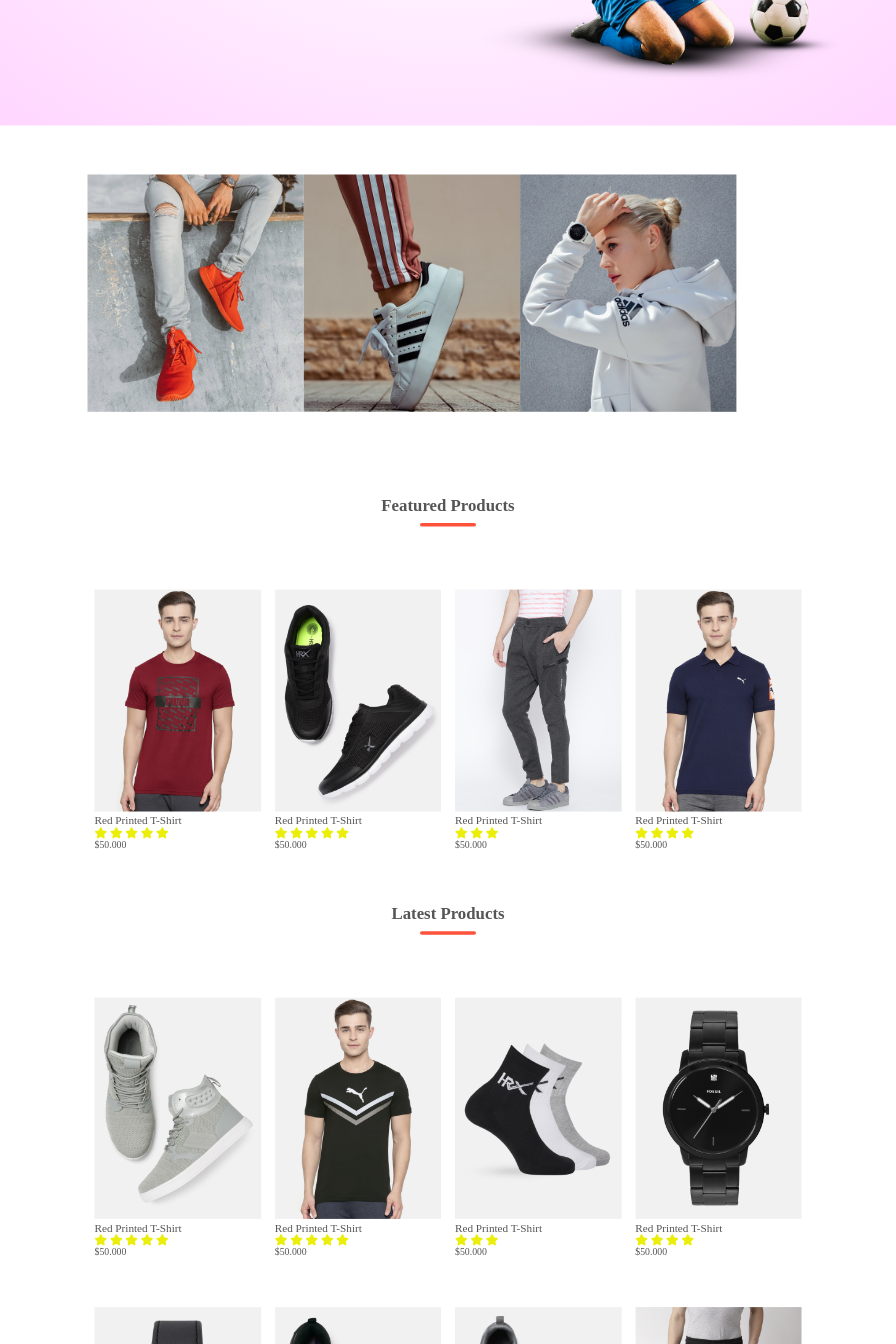
Repository: tuan21052000/Frontend
Page: index.html
An editor plug-in stored every save of this project. The page is shown before and after the next save, followed by the edit.
The browser window is 1280 px wide. The pictures show the part of the page from y = 605 to 2525 px (the page is 4022 px tall before and 7732 px after), at 70% of full size.

Above is the page before, as saved 2022-05-06 23:01:21.

After the next save:
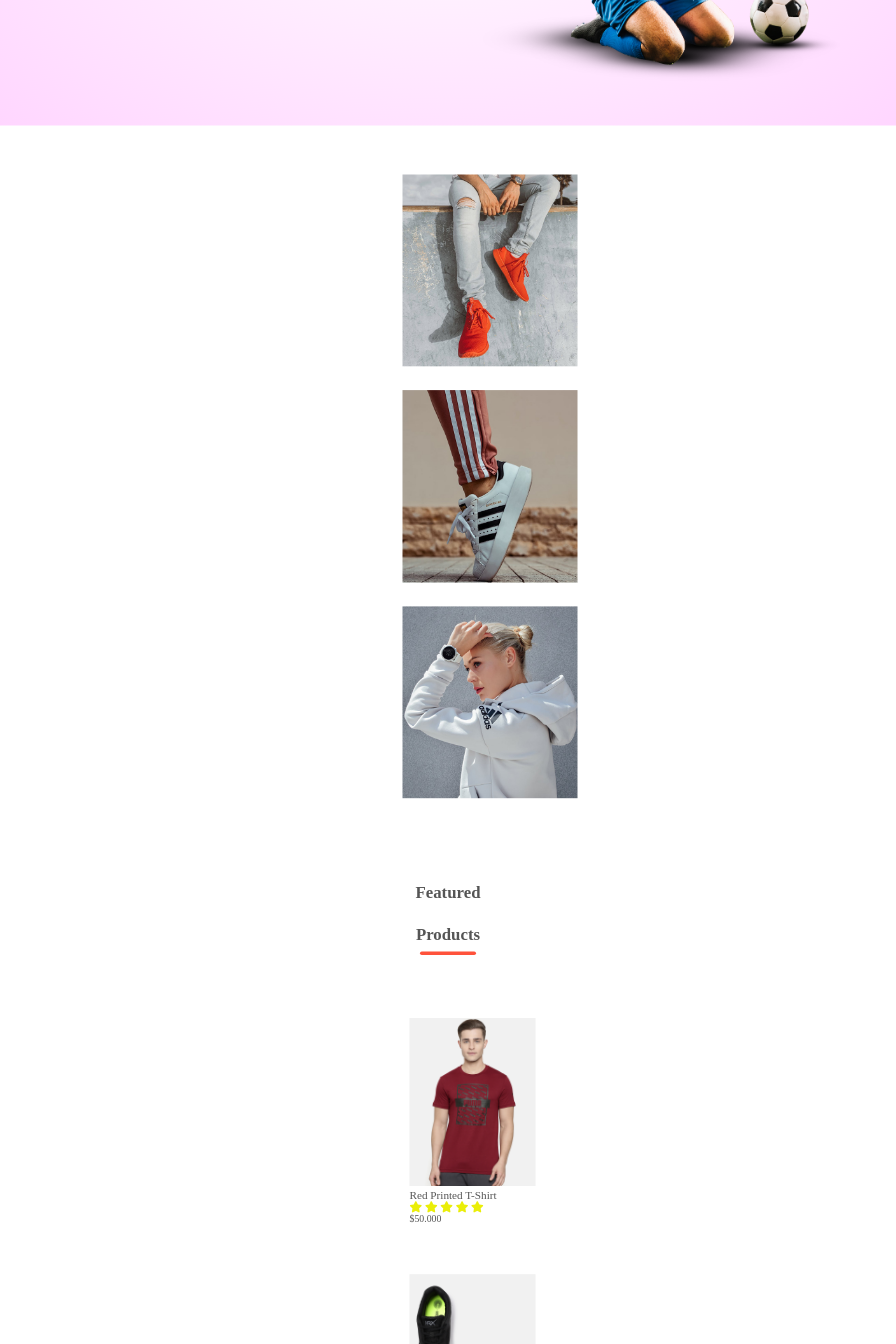
Saved 3 min 9 s later.
--- a/style.css
+++ b/style.css
@@ -77,7 +77,7 @@
     width: 100%;
 }
 .small-container{
-    max-width: 1080px;
+    max-width: 180px;
     margin: auto;
     padding-left: 25px;
     padding-right: 25px;

After the save that followed:
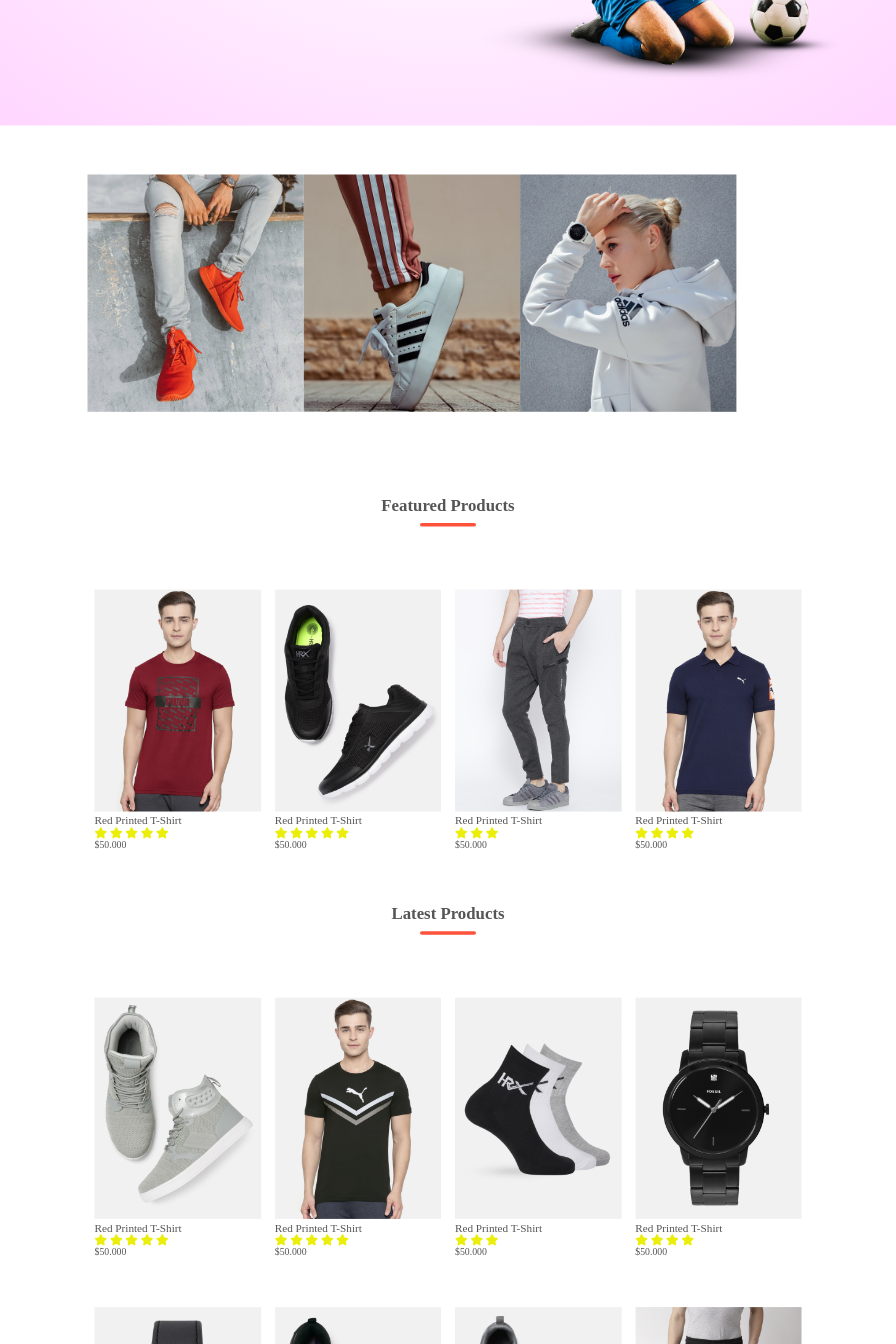
Saved 9 s later.
--- a/style.css
+++ b/style.css
@@ -77,7 +77,7 @@
     width: 100%;
 }
 .small-container{
-    max-width: 180px;
+    max-width: 1080px;
     margin: auto;
     padding-left: 25px;
     padding-right: 25px;
